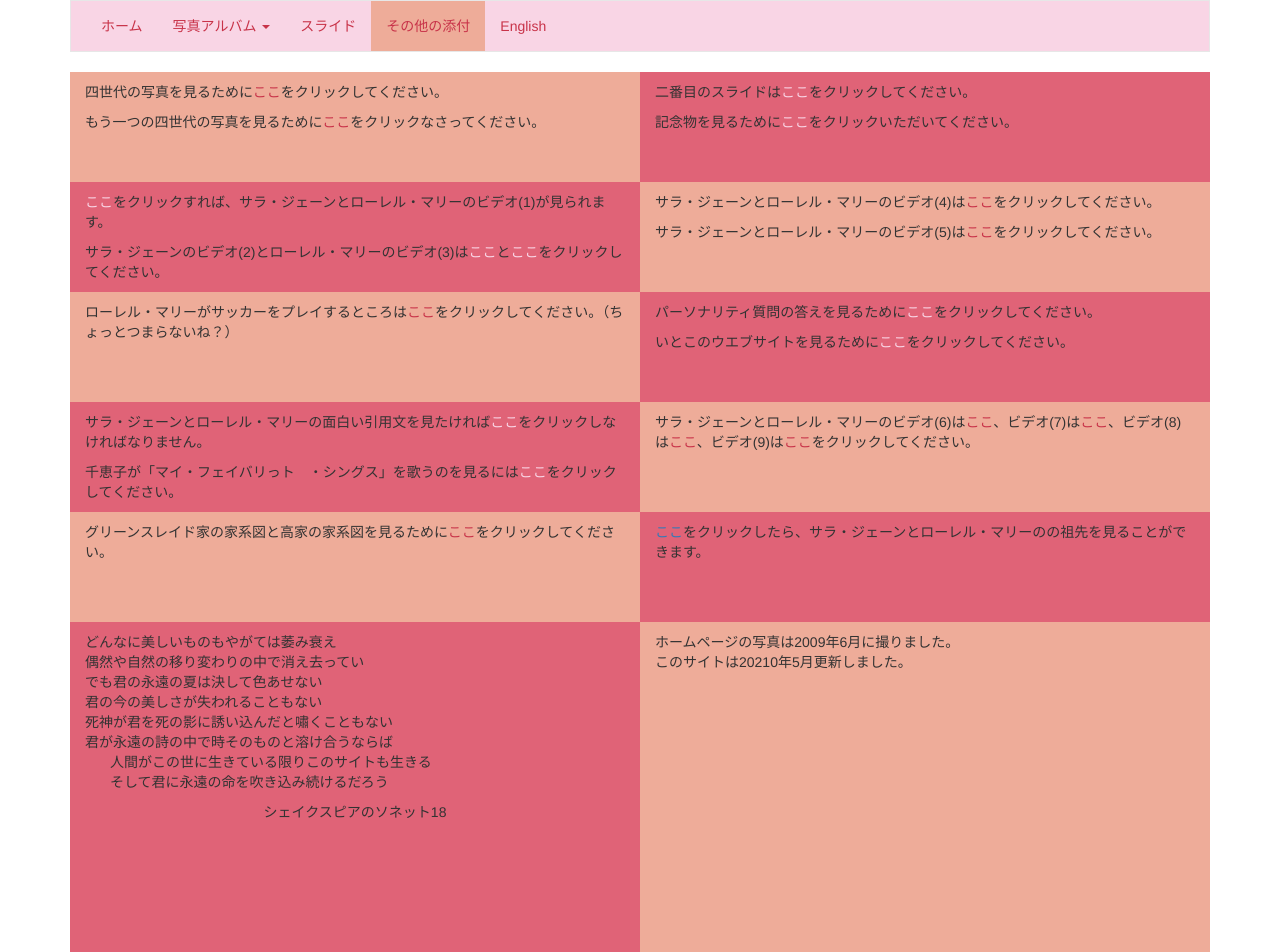
Repository: George2916/Sarah-Jane-and-Laurel-Marie
Page: misc-jap.html
The author's editor kept a record of every edit. The page is drawn from the files as they stood at one moment, then again after the next edit.
The browser window is 1280 px wide. The pictures show the whole page.

Above is the page before.
Console error: TypeError: Cannot read properties of null (reading 'style')

### misc-jap.html
<!DOCTYPE html>
<html>
<head>

    <meta charset="utf-8">
    <meta http-equiv="X-UA-Compatible" content="IE-edge">
    <meta name="viewport" content="width=device-width, initial-scale=1">
    <!--[if lt IE 9]
<script src="https://oss.maxcdn.com/html5shiv/3.7.2/html5shiv.min.js"></script>
<script src="https://oss.maxcdn.com/respond/1.4.2/respond.min.js"></script>
<![endif]-->

  <title>Miscellaneous - Japanese</title>

    <link rel="stylesheet" type="text/css" href="css/bootstrap.css">
    <link rel="stylesheet" type="text/css" href="css/mystyle.css">
    <link href="https://fonts.googleapis.com/css?family=Permanent+Marker" rel="stylesheet">


</head>

<body>

<div class="container">

    <!--collapsing navbar-->

    <nav class="navbar navbar-default">

    <div class="navbar-header">
        <button type="button" class="navbar-toggle" data-toggle="collapse" data-target="#myNavbar"><span class="glyphicon glyphicon-menu-hamburger"></span></button>
    </div>

    <div class="collapse navbar-collapse" id="myNavbar">
        <ul class="nav navbar-nav">
            <li class="DDDD"><a class="home" href="home-jap.html">ホーム</a></li>
            <li class="dropdown DDDD"><a class="active dropdown-toggle gallery-0" data-toggle="dropdown" href="#">写真アルバム <span class="caret"></span></a>
                <ul class="dropdown-menu">
                    <li><a class="gallery-1" href="gallery1-jap.html">写真アルバム 　-　2001年1月　/　2004年2月</a></li>
                    <li><a class="gallery-2" href="gallery2-jap.html">写真アルバム 　-　2004年2月　/　2006年12月</a></li>
                    <li><a class="gallery3" href="gallery3-jap.html">写真アルバム 　-　2007年6月　/　2008年11月</a></li>
                    <li><a class="gallery4" href="gallery4-jap.html">写真アルバム 　-　2008年11月　/　2009年9月</a></li>
                </ul>
            </li>
            <li class="DDDD"><a class="slideshow" href="slideshow-jap.html">スライド</a></li>
            <li class="active non-drop DDDD"><a class="misc" href="misc-jap.html">その他の添付</a></li>
            <li class="DDDD"><a href="misc.html">English</a></li>
        </ul>
    </div>

    </nav>

    <div>

        <div class="row  noPad">

            <div class="col-sm-6 color1 box1">
                <p>四世代の写真を見るために<a class="misc-link-1 AAA" href="familytreeT.html">ここ</a>をクリックしてください。</p>
                <p>もう一つの四世代の写真を見るために<a class="misc-link-1 AAA" href="familytreeM.html">ここ</a>をクリックなさってください。</p>
            </div>


            <div class="col-sm-6 color2 box2">
                <p>二番目のスライドは<a class="misc-link-2 AAA" href="slideshow2-jap.html">ここ</a>をクリックしてください。</p>
                <p>記念物を見るために<a class="misc-link-2 AAA" href="flippablePhotos.html">ここ</a>をクリックいただいてください。</p>
            </div>


        </div><!--closes .row-->

        <div class="row  noPad">

            <div class="col-sm-6 color2 box3">
                <p><a class="misc-link-3 AAA" href="https://www.youtube.com/watch?v=NwOyJzJh9Wc">ここ</a>をクリックすれば、サラ<span >・</span>ジェーンとローレル<span >・</span>マリーのビデオ(1)が見られます。</p>
                <p>サラ<span >・</span>ジェーンのビデオ(2)とローレル<span>・</span>マリーのビデオ(3)は<a class="misc-link-3 AAA" href="https://www.youtube.com/watch?v=lUZmNCm3aWA" target="_blank">ここ</a>と<a class="misc-link-3 AAA" href="https://www.youtube.com/watch?v=WP3CQZRvERk">ここ</a>をクリックしてください。</p>

            </div>



            <div class="col-sm-6 color1 box4">
                <p>サラ<span >・</span>ジェーンとローレル<span >・</span>マリーのビデオ(4)は<a class="misc-link-4 AAA" href="https://www.youtube.com/watch?v=_l0FIXjZr1M" target="_blank">ここ</a>をクリックしてください。</p>
                <p>サラ<span >・</span>ジェーンとローレル<span >・</span>マリーのビデオ(5)は<a class="misc-link-4 AAA" href="https://www.youtube.com/watch?v=VaALOcjoOfE" target="_blank">ここ</a>をクリックしてください。</p>
            </div>

        </div><!--closes .row-->

        <div class="row  noPad">

            <div class="col-sm-6 color1 box5">
                <p>ローレル<span >・</span>マリーがサッカーをプレイするところは<a class="misc-link-5 AAA" href="https://www.youtube.com/watch?v=pcceURS1TcA">ここ</a>をクリックしてください。（ちょっとつまらないね？）</p>

            </div>



            <div class="col-sm-6 color2 box6">
                <p>パーソナリティ質問の答えを見るために<a class="misc-link-6 AAA" href="questionnaire-jap.html">ここ</a>をクリックしてください。</p>
                <p>いとこのウエブサイトを見るために<a class="misc-link-6 AAA" href="https://george2916.github.io">ここ</a>をクリックしてください。</p>
            </div>



        </div><!--closes .row-->

        <div class="row  noPad">

            <div class="col-sm-6 color2 box7">
                <p>サラ<span >・</span>ジェーンとローレル<span >・</span>マリーの面白い引用文を見たければ<a class="misc-link-3 AAA" href="quotes.html">ここ</a>をクリックしなければなりません。</p>
                <p>千恵子が「マイ<span >・</span>フェイバリっト　<span >・</span>シングス」を歌うのを見るには<a class="misc-link-3 AAA" href="https://youtu.be/F1NmzCG4n8A">ここ</a>をクリックしてください。</p>
            </div>


            <div class="col-sm-6 color1 box8">
                <p>サラ<span >・</span>ジェーンとローレル<span >・</span>マリーのビデオ(6)は<a class="misc-link-4 AAA" href="https://youtu.be/i4otdVIbA44">ここ</a>、ビデオ(7)は<a class="misc-link-4 AAA" href="https://youtu.be/OAZ1_f3dj48">ここ</a>、ビデオ(8)は<a class="misc-link-4 AAA" href="https://youtu.be/zzMhVbymAOA">ここ</a>、ビデオ(9)は<a class="misc-link-4 AAA" href="https://youtu.be/t_HujAmd91A">ここ</a>をクリックしてください。
            </div>


        </div><!--closes .row-->

        <div class="row  noPad">

            <div class="col-sm-6 color2 box9">
                <p>グリーンスレイド家の家系図と高家の家系図を見るために<a class="misc-link-9 AAA" href="https://george2916.github.io/GreensladeFamilyTree">ここ</a>をクリックしてください。</p>

            </div>


            <div class="col-sm-6 color1 box10">
                <p><a class="misc-link-10 AAA" href="ancestors.html">ここ</a>をクリックしたら、サラ<span >・</span>ジェーンとローレル<span >・</span>マリーのの祖先を見ることができます。
            </div>


        </div><!--closes .row-->

        <div class="row noPad">

            <div class="col-sm-6 color1 box11">
                <p>どんなに美しいものもやがては萎み衰え<br>偶然や自然の移り変わりの中で消え去ってい<br>でも君の永遠の夏は決して色あせない<br>君の今の美しさが失われることもない<br>死神が君を死の影に誘い込んだと嘯くこともない<br>君が永遠の詩の中で時そのものと溶け合うならば<br><span class="last2lines">人間がこの世に生きている限りこのサイトも生きる</span><br><span class="last2lines">そして君に永遠の命を吹き込み続けるだろう</span></p><p style="text-align: center">シェイクスピアのソネット18</p>
            </div>



            <div class="col-sm-6 color2 box12">
                <p>ホームページの写真は2009年6月に撮りました。<br>このサイトは20210年5月更新しました。</p>
            </div>

        </div><!--closes .row-->



    </div>

</div><!-closes .container-->

<script src="js/jquery-3.2.0.js"></script>
<script src="js/bootstrap.js"></script>
<script src="js/myjquery.js"></script>

</body>
</html>

### css/mystyle.css
/* color scheme

lilac: #f9d5e5

very light brown: #eeac99

pink: #e06377

red: #c83349

*/

/* STYLING FOR NAV BAR */

/* give the nav bar square corners, instead of the default rounded corners */

.navbar{
    border-radius: 0px;
}

/* change color of nav bar to lilac */

.navbar-default{
    background-color: #f9d5e5;
}

/* change the color of the lettering of Home, Slide Show and Misc. to red */

.navbar-default .navbar-collapse .navbar-nav > li > a{
     color: #c83349;
}

/* change the color of the lettering of Gallery to red */

.navbar-default .navbar-nav > .open > a,
.navbar-default .navbar-nav > .open > a:hover,
.navbar-default .navbar-nav > .open > a:focus {
    color: #c83349;
}

/* give the Home, Slide Show and Misc. tabs the color of very light brown when clicked on */

.navbar-default .navbar-nav .active a,
.navbar-default .navbar-nav .active a:hover,
.navbar-default .navbar-nav .active a:focus {
    background-color: #eeac99;
    color: #c83349;
}

/* give the Gallery tab the color of very light brown when clicked on */

.navbar-default .navbar-nav > .open > a:focus {
    background-color: #eeac99;
}

/* change color and size of the dropdown menu under the Gallery tab */

.dropdown-menu {
    background-color: #eeac99;
    padding: 0px;
    border: 0px;
    margin: 0px;
}

/* change the color of the text of the dropdown menu under the Gallery tab */

.dropdown-menu > li > a {
    color: #c83349;
}

/* make the hamburger icon have the background color of red */

.navbar-default .navbar-toggle:hover,
.navbar-default .navbar-toggle:focus {
    background-color: #eeac99;
}

.navbar-toggle{
    background-color: #c83349;
}

#bullet{

    vertical-align: text-top;
}


/* STYLING FOR HOME PAGE */

/* styling for jumbotron on Home page */

.cover-page-jumbo {
    background-color: #c83349;
    font-family: 'Permanent Marker', cursive;
    text-align: center;
    color: #f9d5e5;

}

/* styling for certain text in the Japanese translation of the Home page*/

#bullet {
    vertical-align: middle;
    letter-spacing: -10px;
}

#bullet1 {

    letter-spacing: -10px;
}

#bullet2 {

    letter-spacing: -8px;
}

#bullet3 {
    vertical-align: middle;
    letter-spacing: -14px;
}
@media only screen and (max-width: 660px) {
    .cover-page-jumbo h2{
        font-size: 140%;
    }

    .cover-page-jumbo h4{
        font-size: 90%;
    }
}

/* give the jumbrotron square corners, instead of the default rounded corners */

.container .jumbotron {
    border-radius: 0px;
}

.coverphoto {
    width: 100%;
    height: 100%;
    border: 4px solid #e06377;
}

/* resize image in jumbotron */
.coverphoto img {
    width: 100%;
    height: auto;
}


/* STYLING FOR GALLERY PAGES */

.gallery-background {
    padding: 20px;
    background-color: #c83349;
}

@media only screen and (max-width: 991px) {
    .extra-padding {
        padding-bottom: 20px;
    }
}

/* change the size of the modals for images in the Gallery which are rotated when displayed in modal format */
.gallery-rotate {
        height: 620px;
        width: 600px;
}

/* rotate certain photos in the Gallery -90 degrees when they are displayed in modal format */
.gallery-rotate img {
    -ms-transform: rotate(-90deg); /* IE 9 */
    -webkit-transform: rotate(-90deg); /* Chrome, Safari, Opera */
    transform: rotate(-90deg);
    height: 450px;
    position: absolute;
    top: 80px;
}

.pager li > a {
    background-color: #f9d5e5;
    color: #c83349;
}


/* STYLING FOR THE SLIDESHOW PAGES */

/* give pink border to the photos in the slide show */
.item > img {
    border: 4px solid #e06377;
}

/* center all img in slideshow */
.carousel-inner img {
    margin: auto;
}

/* enlarge certain pictures in the Slideshow to take up the height and width of their container */
.BBBB {
    width: 100%;
    height: auto;
}

/* give the color of smokey white to the left and right arrows in the Slideshow */

.carousel-control > span {
    color: #f5f5f5;
}

/* make the carousel captions the color of smokey white */
.carousel-caption {
    color: #f5f5f5;
}

/* give the color of smokey white to the border of the carousel indicators */
.carousel-indicators li {
    border: 1px solid #f5f5f5;
}

/* give the color of smokey white to the active carousel indicator */
.carousel-indicators .active {
     background-color: white;
}

/* hide carousel indicators and delete the <h4> captions in screen widths below 992px */
@media only screen and (max-width: 991px) {
    .carousel-indicators > li {
        display: none;
    }
    .carousel-caption > h4 {
        display: none;
    }
}

/* make font-size smaller in screen widths below 575px */
@media only screen and (max-width: 575px) {
    .carousel-caption h3 {
        font-size: 75%;
    }
}


/* STYLING FOR MISCELLANEOUS PAGE */

.color1 {
    background-color: #eeac99;
    height: 110px;
    padding-top: 10px;
}

.color2 {
    background-color: #e06377;
    height: 110px;
    padding-top: 10px;
}

.noPad {margin-right: 0px;
    margin-left: 0px;
}

/* STYLING FOR THE FAMILYTREEM.HTML AND FAMILYTREET.HTML DOCS */

.family-tree-jumbo {
    background-color: #f9d5e5;
    font-family: 'Permanent Marker', cursive;
    text-align: center;
}

.family-tree-jumbo > h3 {
    color: #c83349;
}

/* rotate the fourgenerationsM photo 90 degrees */
.fourgenerationsM img {
    width: 100%;
    height: auto;
   -ms-transform: rotate(90deg); /* IE 9 */
    -webkit-transform: rotate(90deg); /* Chrome, Safari, Opera */
    transform: rotate(90deg);
    position: relative;
    top: 60px;
    border: solid 5px #e06377;
}

/* adjust the position of the fourgenerationsM photo and related text, depending on the screen size */
@media only screen and (max-width: 1199px) {
    .fourgenerationsM img {
        position: relative;
        top: 50px;
    }
    .customclassM {
        position: relative;
        top: 2px;
    }
}

@media only screen and (max-width: 991px) {
    .fourgenerationsM img {
        position: relative;
        top: 100px;
    }
    .customclassM {
        position: relative;
        top: 250px;
        left: 50px;
    }
}

@media only screen and (max-width: 767px) {
    .fourgenerationsM img {
        position: relative;
        top: 120px;
    }
    .customclassM {
        position: relative;
        top: 250px;
        left: 0px;
    }
}

/* adjust the positioning of the fourgenerationsT photo and related text, depending on the screen size */
@media only screen and (min-width: 992px) {
    .fourgenerationsT img {
        width: 100%;
        height: auto;
        position: relative;
        left: 50px;
        top: 20px;
        border: solid 5px #e06377;
    }
    .customclassT {
        position: relative;
        left: 50px;
    }
}

@media only screen and (min-width: 768px) {
    .fourgenerationsT img {
        width: 100%;
        height: auto;
        border: solid 5px #e06377;
    }
    .customclassT {
        position: relative;
        top: 20px;
        left: 50px;
    }
}

@media only screen and (min-width: 100px) {
    .fourgenerationsT img {
        width: 100%;
        height: auto;
        border: solid 5px #e06377;
    }
    .customclassT {
        position: relative;
        top: 20px;
    }
}

.withtext {
    text-align: center;
    border: 2px solid black;
}

.withtext1 {
    border: 3.4px solid black;
    text-align: center;
}

.withsymbol {
    text-align: center;
}

.specialborder {
    border: solid 3px #e06377;
}


/* STYLING FOR QUESTIONNAIRE */

#heading, #headingJ{
    background-color: #c83349;
    font-family: 'Permanent Marker', cursive;
    text-align: center;
    color: #f9d5e5;
}

#Qborder, #QborderJ{
    border-width: 10px;
    border-style: solid;
    border-color: #f9d5e5;
}

#first-row, #first-rowJ{
    height: 2.5em;
}

#sjButtonJap > .btn,
#lmButtonJap > .btn {
    font-size: 75%;
}

@media only screen and (max-width: 767px) {
    #sjButtonJap > .btn,
    #lmButtonJap > .btn {
        font-size: 75%;
    }
}

@media only screen and (max-width: 640px) {
    #sjButtonJap > .btn,
    #lmButtonJap > .btn {
        font-size: 70%;
    }
}

@media only screen and (max-width: 575px) {
    #sjButtonJap > .card_back,
    #lmButtonJap > .card_back {
        font-size: 65%;
    }
    #sjButtonJap > .card_front,
    #lmButtonJap > .card_front {
        font-size: 65%;
    }
}

.card{
  position: relative;
  width: 25%;
  text-align: center;
}

.card_front,
.card_back{
  position: absolute;
  top: 0;
  left: 0;
  width: 100%;
  height: 100%;
}

.card_front,
.card_back{
  -webkit-backface-visibility: hidden;
          backface-visibility: hidden;
  -webkit-transition: -webkit-transform 0.3s;
          transition: transform 0.3s;
}

.card_front{
  background-color: #eeac99;
}

.card_back{
  background-color: #eeac99;
  -webkit-transform: rotateY(-180deg);
          transform: rotateY(-180deg);
}

.card.effect_hover:hover .card_front{
  -webkit-transform: rotateY(-180deg);
          transform: rotateY(-180deg);
}

.card.effect_hover:hover .card_back{
  -webkit-transform: rotateY(0);
          transform: rotateY(0);
}

.customBtn{

  border-right: 6px solid #eeac99;
  border-bottom: 6px solid #eeac99;
  border-right-style: outset;
  border-bottom-style: outset;
}

.question{
    background-color: #eeac99;
}

#hiddenSJ-1, #hiddenSJ-2, #hiddenSJ-3, #hiddenSJ-4, #hiddenSJ-5, #hiddenSJ-6, #hiddenSJ-7, #hiddenSJ-8, #hiddenSJ-9, #hiddenSJ-10, #hiddenSJ-11, #hiddenSJ-12, #hiddenSJ-13, #hiddenSJ-14, #hiddenSJ-15, #hiddenSJ-16, #hiddenSJ-17, #hiddenSJ-18, #hiddenSJ-19, #hiddenSJ-20, #hiddenSJ-21, #hiddenSJ-22, #hiddenSJ-23, #hiddenSJ-24, #hiddenSJ-25, #hiddenLM-1, #hiddenLM-2, #hiddenLM-3, #hiddenLM-4, #hiddenLM-5, #hiddenLM-6, #hiddenLM-7, #hiddenLM-8, #hiddenLM-9, #hiddenLM-10, #hiddenLM-11, #hiddenLM-12, #hiddenLM-13, #hiddenLM-14, #hiddenLM-15, #hiddenLM-16, #hiddenLM-17, #hiddenLM-18, #hiddenLM-19, #hiddenLM-20, #hiddenLM-21, #hiddenLM-22, #hiddenLM-23, #hiddenLM-24, #hiddenLM-25, #hiddenSJJ-1, #hiddenSJJ-2, #hiddenSJJ-3, #hiddenSJJ-4, #hiddenSJJ-5, #hiddenSJJ-6, #hiddenSJJ-7, #hiddenSJJ-8, #hiddenSJJ-9, #hiddenSJJ-10, #hiddenSJJ-11, #hiddenSJJ-12, #hiddenSJJ-13, #hiddenSJJ-14, #hiddenSJJ-15, #hiddenSJJ-16, #hiddenSJJ-17, #hiddenSJJ-18, #hiddenSJJ-19, #hiddenSJJ-20, #hiddenSJJ-21, #hiddenSJJ-22, #hiddenSJJ-23, #hiddenSJJ-24, #hiddenSJJ-25, #hiddenLMJ-1, #hiddenLMJ-2,  #hiddenLMJ-3, #hiddenLMJ-4, #hiddenLMJ-5, #hiddenLMJ-6, #hiddenLMJ-7, #hiddenLMJ-8, #hiddenLMJ-9, #hiddenLMJ-10, #hiddenLMJ-11, #hiddenLMJ-12, #hiddenLMJ-13, #hiddenLMJ-14, #hiddenLMJ-15, #hiddenLMJ-16, #hiddenLMJ-17, #hiddenLMJ-18, #hiddenLMJ-19, #hiddenLMJ-20, #hiddenLMJ-21, #hiddenLMJ-22, #hiddenLMJ-23, #hiddenLMJ-24, #hiddenLMJ-25 {
    background-color: #eeac99;
}


/* STYLING FOR FLIPPABLE PHOTOS (MEMENTOS) */

.FPborder{
    border-width: 10px 10px 1px 10px;
    border-style: solid;
    border-color: #f9d5e5;
}

.FPheading{
    background-color: #c83349;
    font-family: 'Permanent Marker', cursive;
    text-align: center;
    color: #f9d5e5;
    padding-bottom: 20px;
}

.FPbackground{
    border-width: 0px 10px 10px 10px;
    border-style: solid;
    border-color: #f9d5e5;
    background-color: #eeac99;
    padding: 0px 20px 0px 20px;
}

.FPtextHeading{
    padding: 0px 20px;
}

.pic-front{
    box-shadow: 5px 5px 5px #c83349;
    margin-bottom: 20px;
}

.pic-back{
    display:none;
    box-shadow: 5px 5px 5px #c83349;
    margin-bottom: 20px;
}

.FPtext{
    color: #c83349;
}

/* rotation of images */

#front1{
  transform: rotate(3deg);
}

#front1:hover{
  transform: rotate(0deg);
  cursor: grab;
}

#back1-1{
  transform: rotate(3deg);
}

#back1-1:hover{
  transform: rotate(0deg);
  cursor: grab;
}

#back1-2{
  transform: rotate(3deg);
}

#back1-2:hover{
  transform: rotate(0deg);
  cursor: grab;
}

#front2{
  transform: rotate(1deg);
}

#front2:hover{
  transform: rotate(0deg);
  cursor: grab;
}

#back2{
  transform: rotate(1deg);
}

#back2:hover{
  transform: rotate(0deg);
  cursor: grab;
}

#front3{
  transform: rotate(-3deg);
}

#front3:hover{
  transform: rotate(0deg);
  cursor: grab;
}

#back3-1{
  transform: rotate(-3deg);
}

#back3-1:hover{
  transform: rotate(0deg);
  cursor: grab;
}

#back3-2{
  transform: rotate(-3deg);
}

#back3-2:hover{
  transform: rotate(0deg);
  cursor: grab;
}

#front4{
  transform: rotate(3deg);
}

#front4:hover{
  transform: rotate(0deg);
  cursor: grab;
}

#back4{
  transform: rotate(3deg);
}

#back4:hover{
  transform: rotate(0deg);
  cursor: grab;
}

#front5{
  transform: rotate(1deg);
}

#front5:hover{
  transform: rotate(0deg);
  cursor: grab;
}

#back5{
  transform: rotate(1deg);
}

#back5:hover{
  transform: rotate(0deg);
  cursor: grab;
}

#front6{
  transform: rotate(-7deg);
}

#front6:hover{
  transform: rotate(-0deg);
  cursor: grab;
}

#back6{
  transform: rotate(-7deg);
}

#back6:hover{
  transform: rotate(-0deg);
  cursor: grab;
}

#front7{
  transform: rotate(1deg);
}

#front7:hover{
  transform: rotate(0deg);
  cursor: grab;
}

#back7-1{
  transform: rotate(1deg);
}

#back7-1:hover{
  transform: rotate(0deg);
  cursor: grab;
}

#back7-2{
  transform: rotate(1deg);
}

#back7-2:hover{
  transform: rotate(0deg);
  cursor: grab;
}

#back7-3{
  transform: rotate(1deg);
}

#back7-3:hover{
  transform: rotate(0deg);
  cursor: grab;
}

#front8{
  transform: rotate(-5deg);
}

#front8:hover{
  transform: rotate(0deg);
  cursor: grab;
}

#back8{
  transform: rotate(-5deg);
}

#back8:hover{
  transform: rotate(0deg);
  cursor: grab;
}

#front9{
  transform: rotate(-3deg);
}

#front10{
  transform: rotate(2deg);
}

#front10:hover{
  transform: rotate(0deg);
  cursor: grab;
}

#back10-1{
  transform: rotate(2deg);
}

#back10-1:hover{
  transform: rotate(0deg);
  cursor: grab;
}

#back10-2{
  transform: rotate(2deg);
}

#back10-2:hover{
  transform: rotate(0deg);
  cursor: grab;
}

#back10-3{
  transform: rotate(2deg);
}

#back10-3:hover{
  transform: rotate(0deg);
  cursor: grab;
}

#back10-4{
  transform: rotate(2deg);
}

#back10-4:hover{
  transform: rotate(0deg);
  cursor: grab;
}

#back10-5{
  transform: rotate(2deg);
}

#back10-5:hover{
  transform: rotate(0deg);
  cursor: grab;
}

#front11{
  transform: rotate(2deg);
}

#front11:hover{
  transform: rotate(0deg);
}

#front12{
  transform: rotate(-2deg);
}

#front12:hover{
  transform: rotate(0deg);
  cursor: grab;
}

#back12{
  transform: rotate(-2deg);
}

#back12:hover{
  transform: rotate(0deg);
  cursor: grab;
}

#front13{
  transform: rotate(-2deg);
}

#front13:hover{
  transform: rotate(0deg);
  cursor: grab;
}

#back13{
  transform: rotate(-2deg);
}

#back13:hover{
  transform: rotate(0deg);
  cursor: grab;
}

#front14{
  transform: rotate(3deg);
}

#front14:hover{
  transform: rotate(0deg);
  cursor: grab;
}

#back14{
  transform: rotate(3deg);
}

#back14:hover{
  transform: rotate(0deg);
  cursor: grab;
}



/* STYLING FOR QUOTES.HTML */


.qText1{
    color: #c83349;
    font-family: 'Permanent Marker', cursive;
    padding: 0px 50px;
    text-align: center;
}

.qText2{
    color: #c83349;
    font-family: 'Permanent Marker', cursive;
    padding: 0px 60px;
    text-align: center;

}

.qBackground1{
    border-width: 0px 10px 1px 10px;
    border-style: solid;
    border-color: #f9d5e5;
    background-color: #eeac99;
    padding: 20px 20px 0px 20px
}

.qBackground2{
    border-width: 0px 10px 10px 10px;
    border-style: solid;
    border-color: #f9d5e5;
    background-color: #eeac99;
    padding: 20px 20px 20px 20px
}

#quote1{
    text-decoration: underline;
}

.noPad {margin-right: 0px;
    margin-left: 0px;}

Loaded but not shown: css/bootstrap.css (library); js/jquery-3.2.0.js (library); js/bootstrap.js (library); js/myjquery.js (library)

After the next edit:
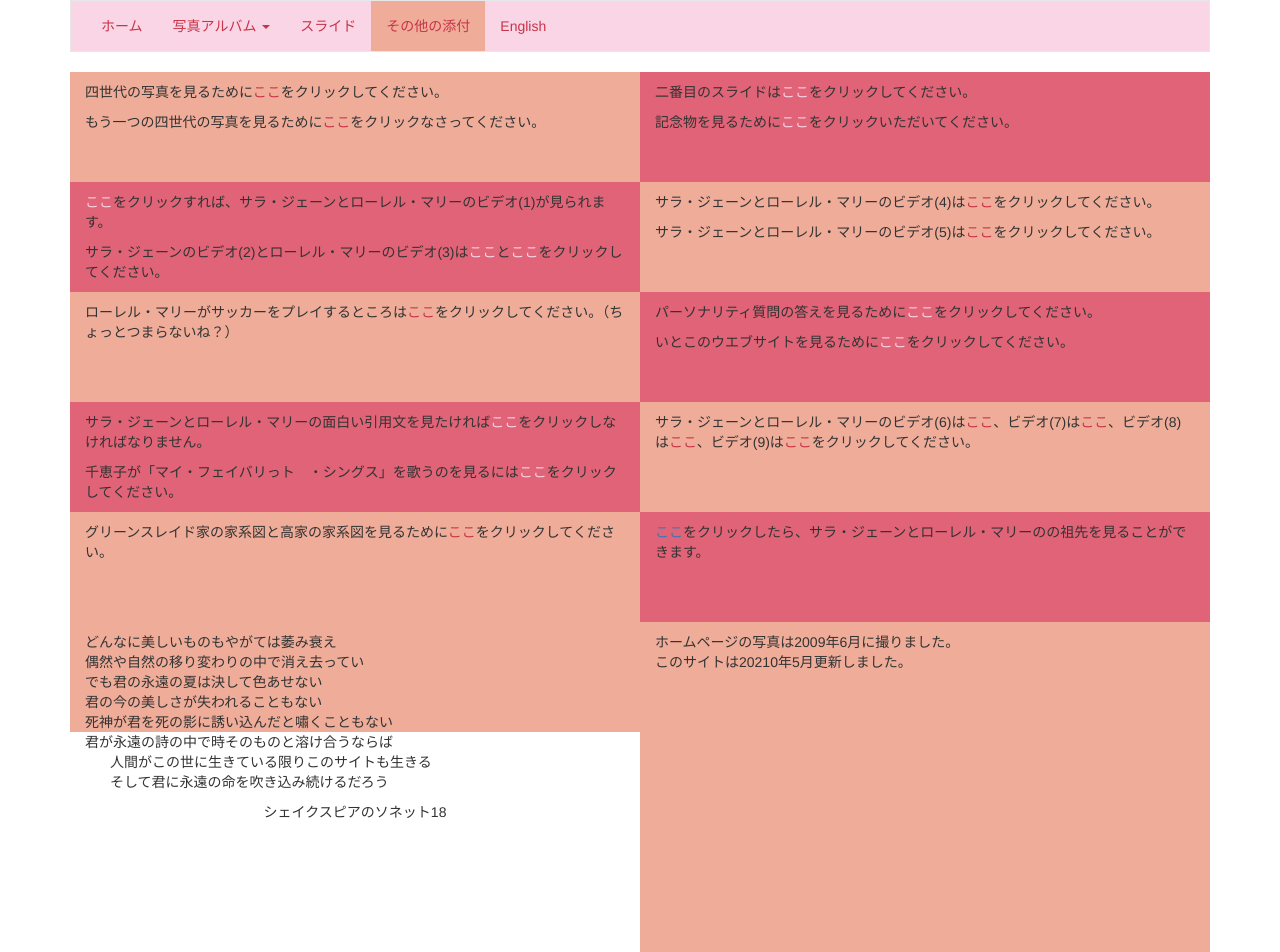
The edit:
--- a/misc-jap.html
+++ b/misc-jap.html
@@ -135,7 +135,7 @@
 
         <div class="row noPad">
 
-            <div class="col-sm-6 color1 box11">
+            <div class="col-sm-6 color1 box11J">
                 <p>どんなに美しいものもやがては萎み衰え<br>偶然や自然の移り変わりの中で消え去ってい<br>でも君の永遠の夏は決して色あせない<br>君の今の美しさが失われることもない<br>死神が君を死の影に誘い込んだと嘯くこともない<br>君が永遠の詩の中で時そのものと溶け合うならば<br><span class="last2lines">人間がこの世に生きている限りこのサイトも生きる</span><br><span class="last2lines">そして君に永遠の命を吹き込み続けるだろう</span></p><p style="text-align: center">シェイクスピアのソネット18</p>
             </div>
 
